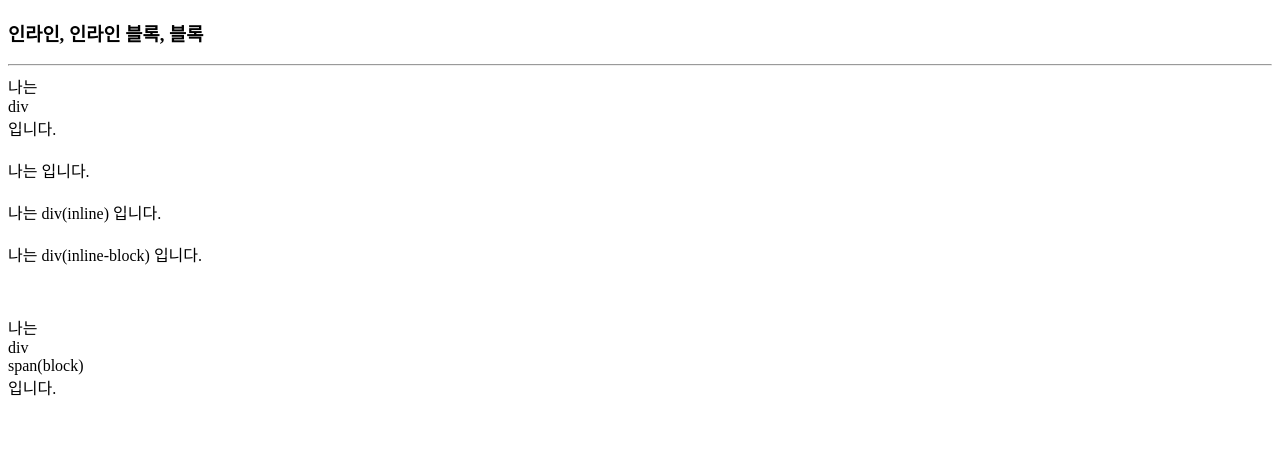
Repository: codelily98/Web
Page: CSS3/src/main/webapp/05_cssPositioning/exam01.html
These files come from the project's save history. The page is drawn as it stood at one moment and after the next save; the edit follows.
The browser window is 1280 px wide. The pictures show the whole page.

Above is the page before, as saved 2024-08-12 05:58:29.

After the next save:
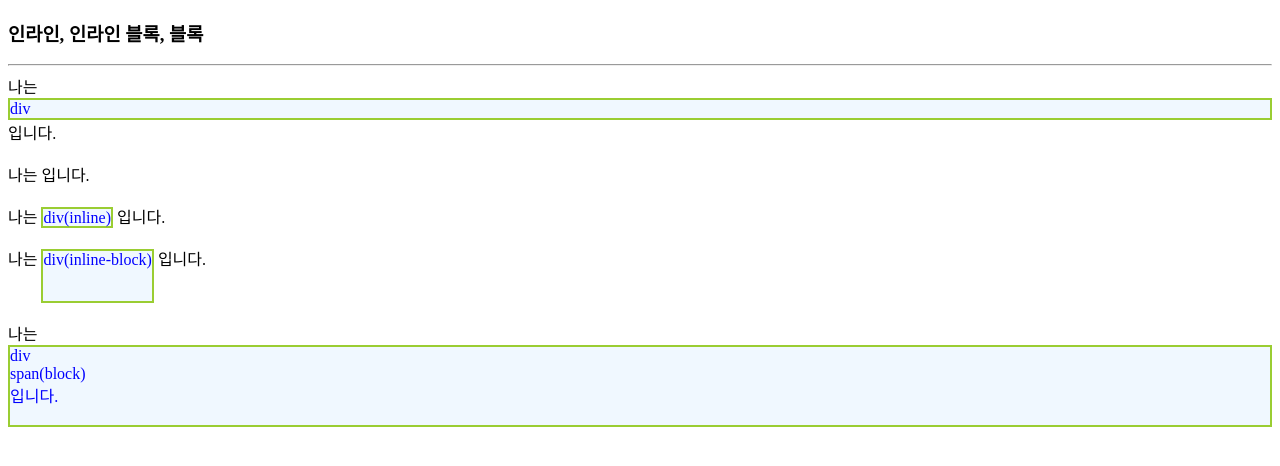
Saved 85 s later.
--- a/CSS3/src/main/webapp/05_cssPositioning/exam01.html
+++ b/CSS3/src/main/webapp/05_cssPositioning/exam01.html
@@ -4,7 +4,11 @@
 <meta charset="UTF-8">
 <title>Positioning</title>
 <style type="text/css">
-
+div {
+	border: 2px solid yellowgreen;
+	color: blue;
+	background: aliceblue;
+}
 </style>
 </head>
 <body>
